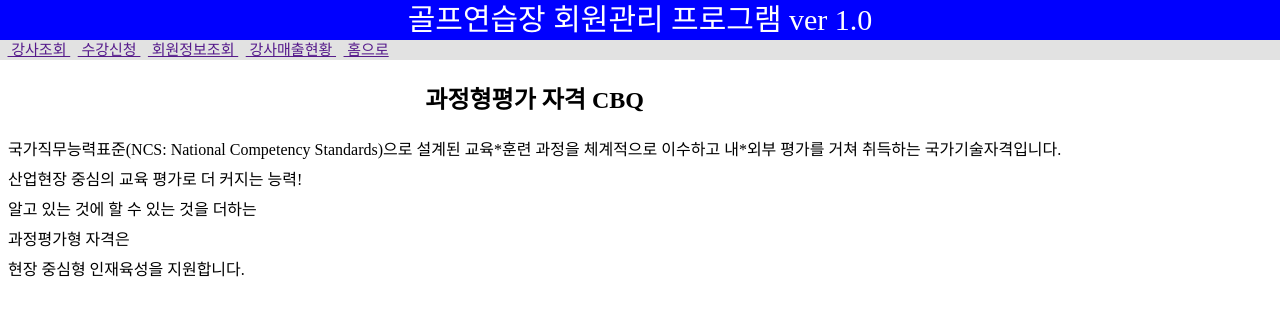
Repository: YeoJeongmo/hrdKorea
Page: http://localhost/HRD_01/
These files come from the project's save history. The page is drawn as it stood at one moment and after the next save; the edit follows.
The browser window is 1280 px wide. The pictures show the whole page.
The page is served by Tomcat 9. Other server files are loaded and not shown.

Above is the page before, as saved 2024-09-02 03:07:57.

### cbq_01/workspace/HRD_01/src/main/webapp/index.jsp
<%@ page language="java" contentType="text/html; charset=UTF-8"
    pageEncoding="UTF-8"%>
<!DOCTYPE html>
<html>
<head>
<meta charset="UTF-8">
<title>Insert title here</title>
</head>
<body>

<jsp:include page="header.jsp"></jsp:include>
<section style="position: fixed; top: 60px;">
	<h2 style="text-align: center;">과정형평가 자격 CBQ</h2>
	<p style="line-height: 30px;">
		국가직무능력표준(NCS: National Competency Standards)으로 설계된 교육*훈련 과정을 체계적으로 이수하고 내*외부 평가를 거쳐 취득하는 국가기술자격입니다.<br>
		산업현장 중심의 교육 평가로 더 커지는 능력!<br>
		알고 있는 것에 할 수 있는 것을 더하는<br>
		과정평가형 자격은<br>
		현장 중심형 인재육성을 지원합니다.
	</p>
</section>

<jsp:include page="header.jsp"></jsp:include>

</body>
</html>

### cbq_01/workspace/HRD_01/src/main/webapp/header.jsp
<%@ page language="java" contentType="text/html; charset=UTF-8"
    pageEncoding="UTF-8"%>
<!DOCTYPE html>
<html>
<head>
<meta charset="UTF-8">
<title>Insert title here</title>
</head>
<body>
<header style="position: fixed; top: 0; left: 0; width: 100%; height: 40px; line-height: 40px; font-size: 30px; background-color: blue; color: white; text-align: center;">골프연습장 회원관리 프로그램 ver 1.0</header>
<nav style="position: fixed; top: 40px; left: 0; width: 100%; height: 20px; line-height: 20px; font-size: 15px; background-color: #e2e2e2; color: white;">
&nbsp;&nbsp;<a href=""> 강사조회 </a>
&nbsp;&nbsp;<a href=""> 수강신청 </a>
&nbsp;&nbsp;<a href=""> 회원정보조회 </a>
&nbsp;&nbsp;<a href=""> 강사매출현황 </a>
&nbsp;&nbsp;<a href=""> 홈으로 </a>
</nav>

</body>
</html>

After the next save:
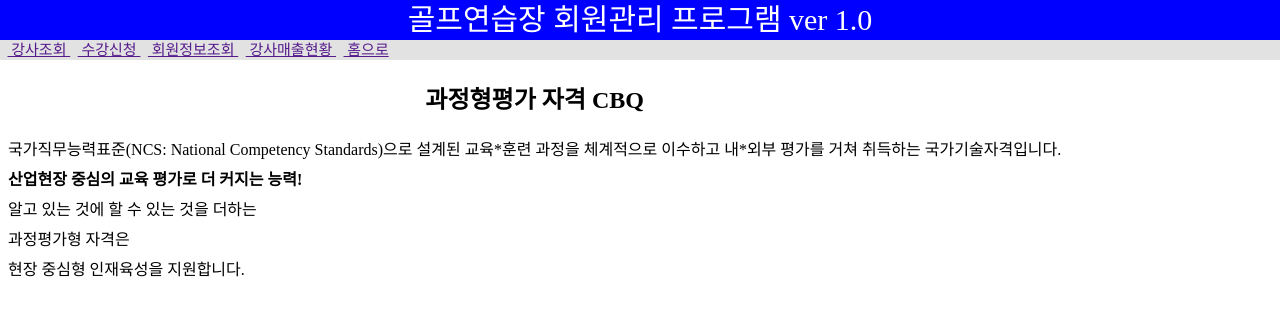
Saved 22 s later.
--- a/cbq_01/workspace/HRD_01/src/main/webapp/index.jsp
+++ b/cbq_01/workspace/HRD_01/src/main/webapp/index.jsp
@@ -13,7 +13,7 @@
 	<h2 style="text-align: center;">과정형평가 자격 CBQ</h2>
 	<p style="line-height: 30px;">
 		국가직무능력표준(NCS: National Competency Standards)으로 설계된 교육*훈련 과정을 체계적으로 이수하고 내*외부 평가를 거쳐 취득하는 국가기술자격입니다.<br>
-		산업현장 중심의 교육 평가로 더 커지는 능력!<br>
+		<b>산업현장 중심의 교육 평가로 더 커지는 능력!</b><br>
 		알고 있는 것에 할 수 있는 것을 더하는<br>
 		과정평가형 자격은<br>
 		현장 중심형 인재육성을 지원합니다.
